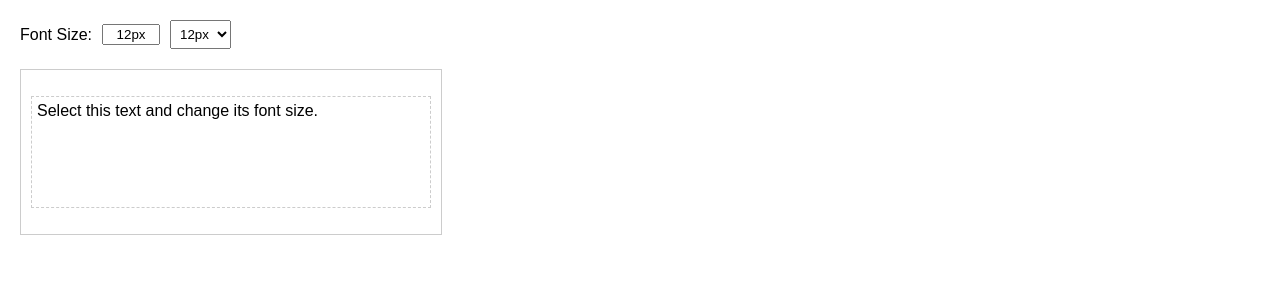
Repository: SubashXess/DigitalKSP
Page: lib/models/font.html
These files come from the project's save history. The page is drawn as it stood at one moment and after the next save; the edit follows.
The browser window is 1280 px wide. The pictures show the whole page.

Above is the page before, as saved 2024-11-22 07:11:46.

After the next save:
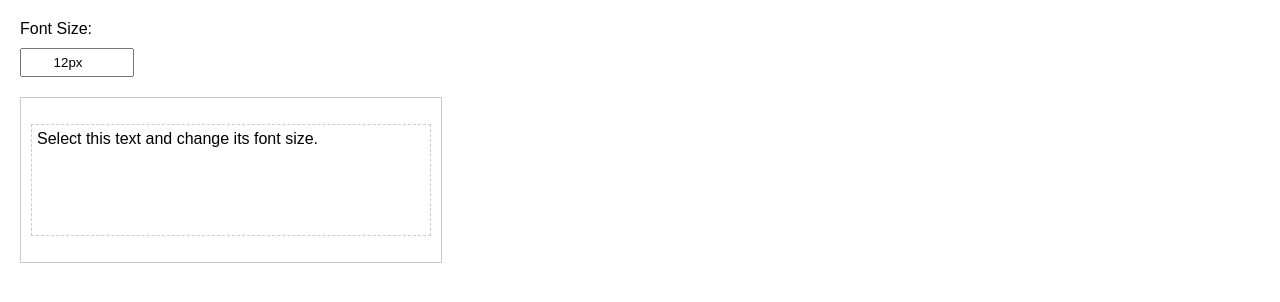
Saved 74 s later.
--- a/lib/models/font.html
+++ b/lib/models/font.html
@@ -12,18 +12,15 @@
 
       .font-size-selector {
         display: flex;
-        align-items: center;
+        flex-direction: column;
         gap: 10px;
         margin-bottom: 20px;
       }
 
       #font-size-input {
-        width: 50px;
+        width: 100px;
+        padding: 5px;
         text-align: center;
-      }
-
-      #font-size-dropdown {
-        padding: 5px;
       }
 
       .text-area-container {
@@ -45,17 +42,18 @@
       <input
         type="text"
         id="font-size-input"
+        list="font-size-options"
         value="12px"
-        onfocusout="updateFontSizeFromInput()"
+        onfocusout="updateFontSize()"
       />
-      <select id="font-size-dropdown" onchange="updateFontSizeFromDropdown()">
-        <option value="10">10px</option>
-        <option value="12" selected>12px</option>
-        <option value="14">14px</option>
-        <option value="16">16px</option>
-        <option value="18">18px</option>
-        <option value="20">20px</option>
-      </select>
+      <datalist id="font-size-options">
+        <option value="10px"></option>
+        <option value="12px"></option>
+        <option value="14px"></option>
+        <option value="16px"></option>
+        <option value="18px"></option>
+        <option value="20px"></option>
+      </datalist>
     </div>
 
     <div class="text-area-container">
@@ -66,34 +64,25 @@
 
     <script>
       const input = document.getElementById("font-size-input");
-      const dropdown = document.getElementById("font-size-dropdown");
       const editableText = document.getElementById("editable-text");
 
       /**
-       * Update font size from dropdown selection
+       * Update font size based on user input or dropdown selection
        */
-      function updateFontSizeFromDropdown() {
-        const selectedSize = dropdown.value; // Get size from dropdown
-        input.value = selectedSize + "px"; // Sync input field
-        applyFontSize(selectedSize);
-      }
-
-      /**
-       * Update font size from input field on focusout
-       */
-      function updateFontSizeFromInput() {
+      function updateFontSize() {
         let inputValue = input.value.trim();
 
-        // Ensure the input value is numeric and ends with "px"
-        if (!/^\d+$/.test(inputValue.replace("px", ""))) {
-          alert("Invalid font size. Please enter a number.");
-          input.value = dropdown.value + "px"; // Reset to dropdown value
+        // Ensure the input value ends with "px" or is a valid number
+        if (/^\d+$/.test(inputValue)) {
+          inputValue += "px";
+        } else if (!/^\d+px$/.test(inputValue)) {
+          alert(
+            "Invalid font size. Please enter a number or select from the list."
+          );
+          input.value = "12px"; // Reset to default value
           return;
         }
 
-        // Strip "px" if it exists and apply the font size
-        inputValue = inputValue.replace("px", "");
-        dropdown.value = inputValue; // Sync dropdown
         applyFontSize(inputValue);
       }
 
@@ -106,7 +95,7 @@
 
         if (range && selection.toString().trim()) {
           const span = document.createElement("span");
-          span.style.fontSize = size + "px";
+          span.style.fontSize = size;
           range.surroundContents(span);
           selection.removeAllRanges();
         } else {
